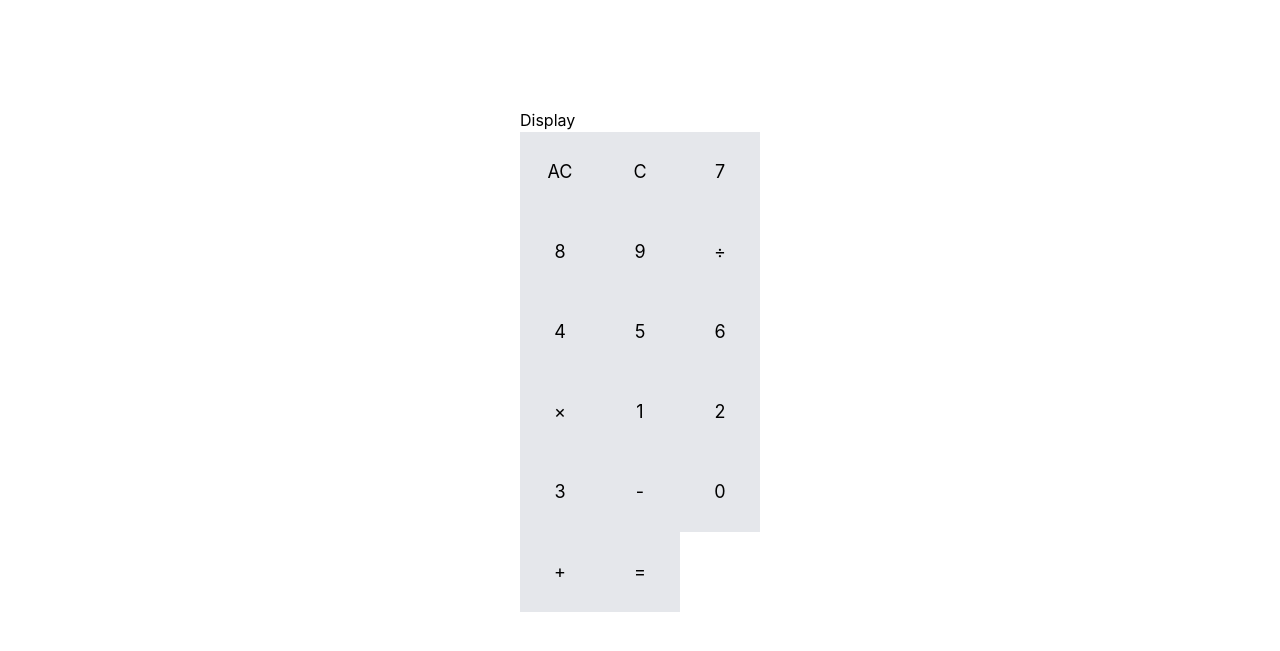
Repository: BrianPhamDev/calculator_app
Page: /
These files come from the project's save history. The page is drawn as it stood at one moment and after the next save; the edit follows.
The browser window is 1280 px wide. The pictures show the whole page.
The project was rebuilt for these pictures with package versions that can differ from the ones it lists, and the page was loaded fresh each time. Also part of the build but not shown: vite.config.js.

Above is the page before, as saved 2024-01-09 14:20:41.

### src/App.jsx
import Calculator from "./components/Calculator";

function App() {
  return (
    <>
      <div className="flex items-center justify-center w-screen h-screen">
        <Calculator></Calculator>
      </div>
    </>
  );
}

export default App;

### src/components/Calculator.jsx
import { calculatorButtons } from "../globals/calculator-button-data";

const Calculator = () => {
  return (
    <div className="">
      <h1>Display</h1>
      <div className="grid grid-cols-3">
        {calculatorButtons.map((button) => {
          return (
            <div
              key={button.className}
              className={`bg-gray-200 flex items-center justify-center w-20 h-20 hover:bg-slate-300 text-lg`}
            >
              {button.text}
            </div>
          );
        })}
      </div>
    </div>
  );
};

export default Calculator;

### src/globals/calculator-button-data.js
export const calculatorButtons = [
  {
    type: "clear",
    className: "ac",
    text: "AC",
    value: "All Clear",
  },
  {
    type: "clear",
    className: "c",
    text: "C",
    value: "Clear",
  },
  {
    type: "number",
    className: "seven",
    text: 7,
    value: 7,
  },
  {
    type: "number",
    className: "eight",
    text: 8,
    value: 8,
  },
  {
    type: "number",
    className: "nine",
    text: 9,
    value: 9,
  },
  {
    type: "operator",
    className: "divide",
    text: "\u00f7",
    value: "Divide",
  },
  {
    type: "number",
    className: "four",
    text: 4,
    value: 4,
  },
  {
    type: "number",
    className: "five",
    text: 5,
    value: 5,
  },
  {
    type: "number",
    className: "six",
    text: 6,
    value: 6,
  },
  {
    type: "operator",
    className: "multiply",
    text: "\u00d7",
    value: "Multiply",
  },
  {
    type: "number",
    className: "one",
    text: 1,
    value: 1,
  },
  {
    type: "number",
    className: "two",
    text: 2,
    value: 2,
  },
  {
    type: "number",
    className: "three",
    text: 3,
    value: 3,
  },
  {
    type: "operator",
    className: "subtract",
    text: "-",
    value: "Subtract",
  },
  {
    type: "number",
    className: "zero",
    text: 0,
    value: 0,
  },
  {
    type: "operator",
    className: "add",
    text: "+",
    value: "Add",
  },
  {
    type: "enter",
    className: "equal",
    text: "=",
    value: "Equal",
  },
];

Loaded but not shown: index.html (common file); src/main.jsx (common file); src/index.css (common file); tailwind.config.js (common file)

After the next save:
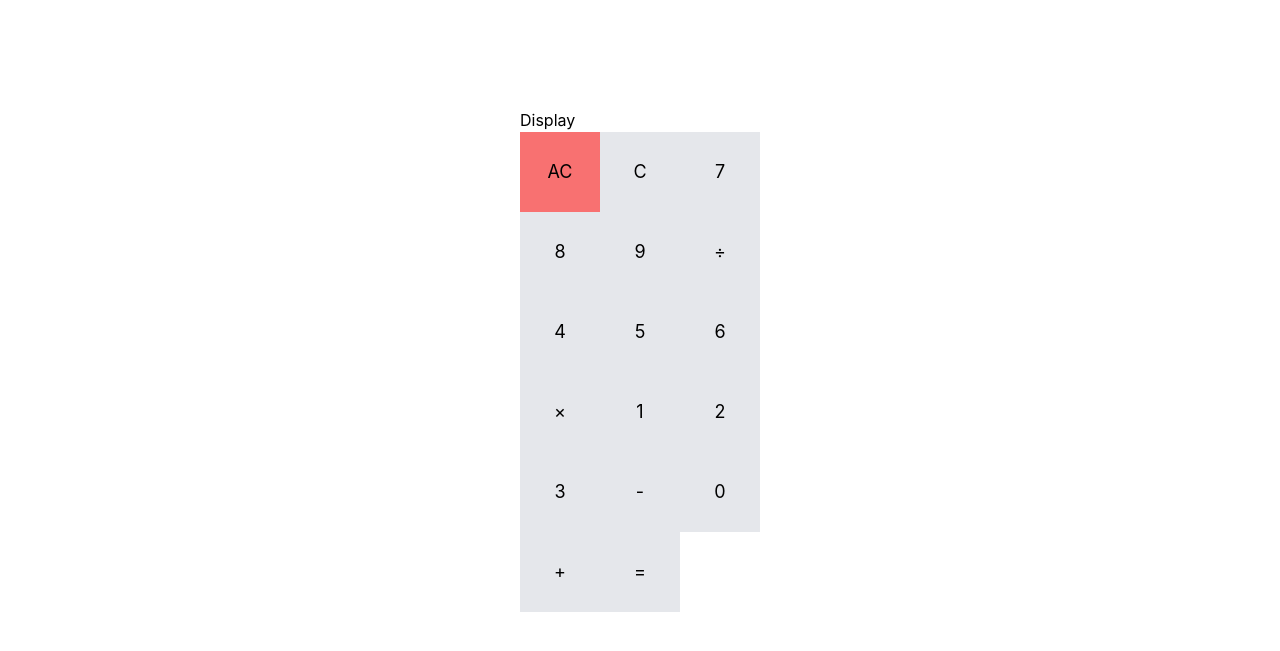
Saved 2 min 47 s later.
--- a/src/components/Calculator.jsx
+++ b/src/components/Calculator.jsx
@@ -1,6 +1,9 @@
 import { calculatorButtons } from "../globals/calculator-button-data";
 
 const Calculator = () => {
+  const specialClasses = {
+    ac: "bg-red-400",
+  };
   return (
     <div className="">
       <h1>Display</h1>
@@ -9,7 +12,9 @@
           return (
             <div
               key={button.className}
-              className={`bg-gray-200 flex items-center justify-center w-20 h-20 hover:bg-slate-300 text-lg`}
+              className={`bg-gray-200 flex items-center justify-center w-20 h-20 hover:bg-slate-300 text-lg ${
+                specialClasses[button.className] || ""
+              }`}
             >
               {button.text}
             </div>

After the save that followed:
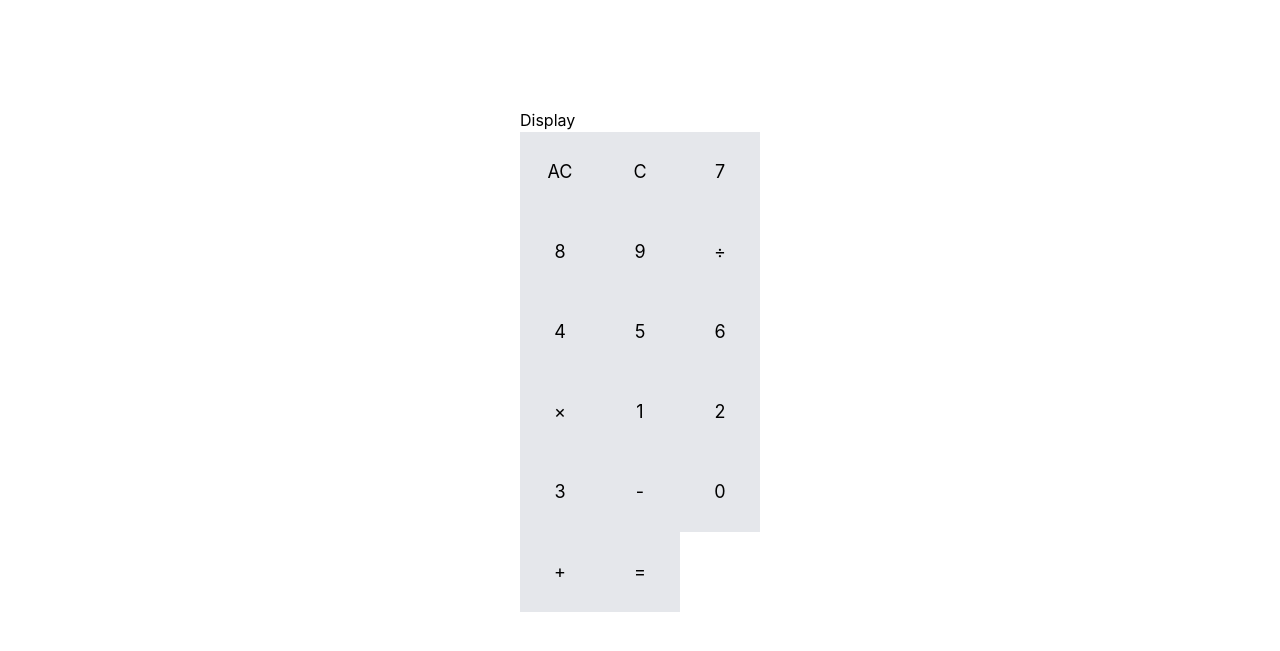
Saved 7 s later.
--- a/src/components/Calculator.jsx
+++ b/src/components/Calculator.jsx
@@ -2,7 +2,7 @@
 
 const Calculator = () => {
   const specialClasses = {
-    ac: "bg-red-400",
+    ac: "grid-span-2",
   };
   return (
     <div className="">
